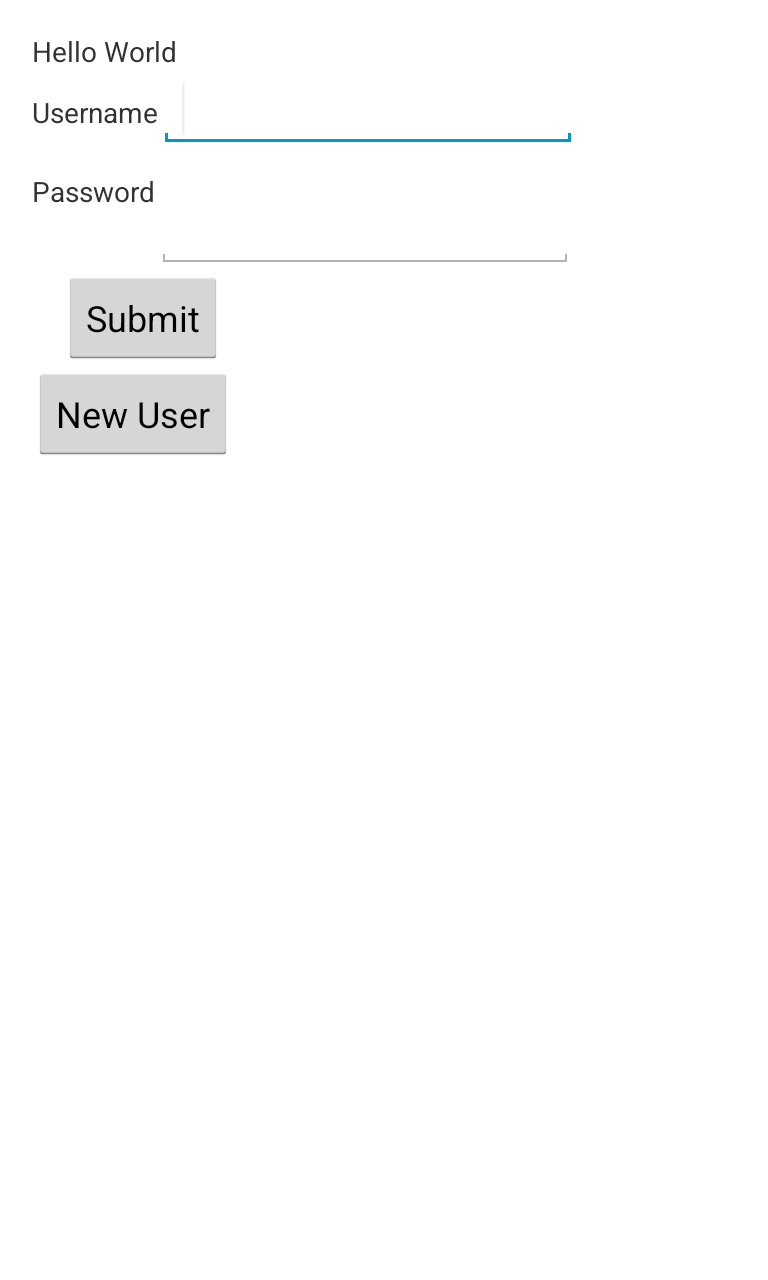
Repository: sbobra/women-startupweekend-sf
Layout: LaundryList/res/layout/activity_login.xml
The author's editor kept a copy of each file at every save. The layout is drawn from the files as they stood at one save, then again after the next save.
It is drawn on a 768 x 1280 px phone screen (xhdpi) without system bars, with theme AppTheme; the app's code is not run.

Above is the layout before, as saved 2013-09-15 01:16:34.

After the next save:
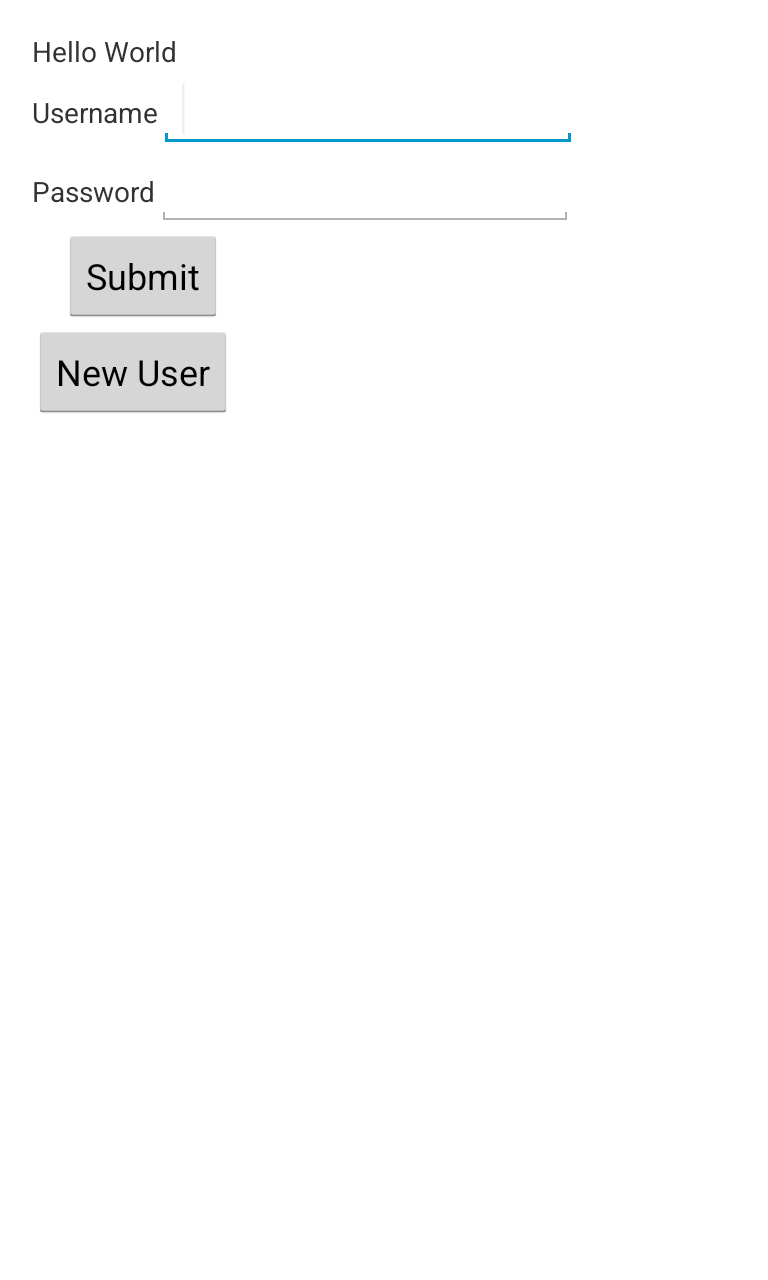
Saved 6 s later.
--- a/LaundryList/res/layout/activity_login.xml
+++ b/LaundryList/res/layout/activity_login.xml
@@ -52,7 +52,6 @@
             android:id="@+id/passwordTextBox"
             android:layout_width="wrap_content"
             android:layout_height="wrap_content"
-            android:layout_marginTop="21dp"
             android:ems="10"
             android:inputType="textPassword" />
     </LinearLayout>
